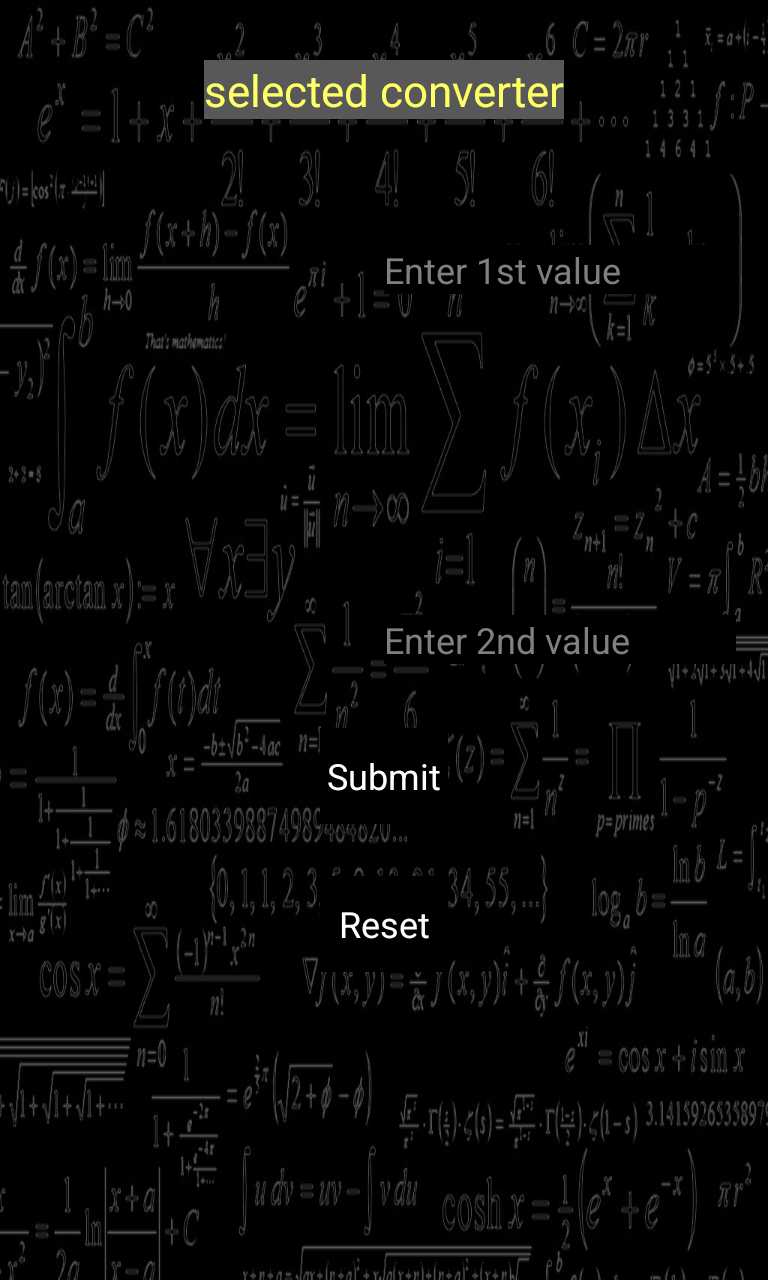
Repository: priyankaaj/practiced-apps
Layout: newProject/res/layout/activity_main.xml
An editor plug-in stored every save of this project. The layout is shown before and after the next save, followed by the edit.
It is drawn on a 768 x 1280 px phone screen (xhdpi) without system bars, with theme AppTheme; the app's code is not run.

Above is the layout before, as saved 2015-09-25 15:43:36.

After the next save:
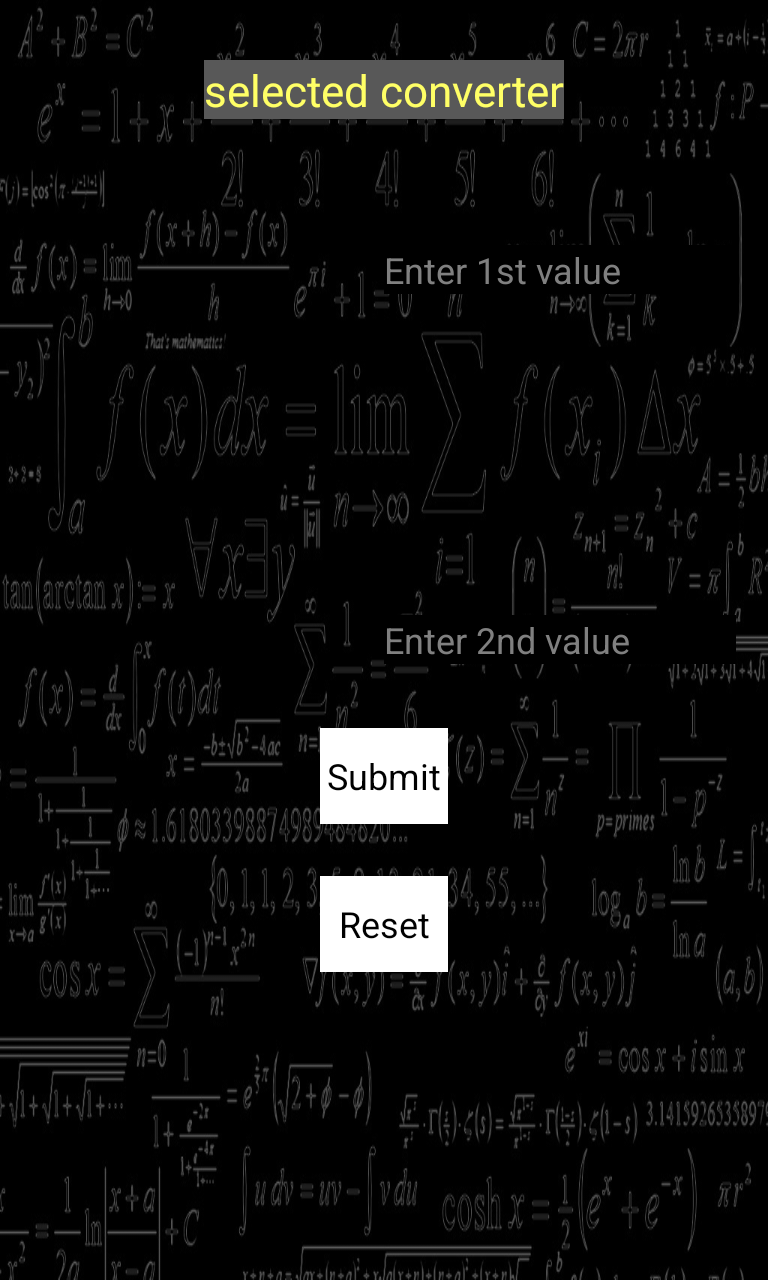
Saved 33 s later.
--- a/newProject/res/layout/activity_main.xml
+++ b/newProject/res/layout/activity_main.xml
@@ -61,9 +61,9 @@
         android:layout_alignLeft="@+id/buttoncancel"
         android:layout_below="@+id/entvalue2"
         android:layout_marginTop="32dp"
-        android:background="#000000"
+        android:background="#ffffff"
         android:text="Submit"
-        android:textColor="#ffffff" />
+        android:textColor="#000000" />
 
     <Button
         android:id="@+id/buttoncancel"
@@ -72,8 +72,8 @@
         android:layout_below="@+id/buttonsubmit"
         android:layout_centerHorizontal="true"
         android:layout_marginTop="26dp"
-        android:background="#000000"
+        android:background="#ffffff"
         android:text="Reset"
-        android:textColor="#ffffff" />
+        android:textColor="#000000" />
 
 </RelativeLayout>
